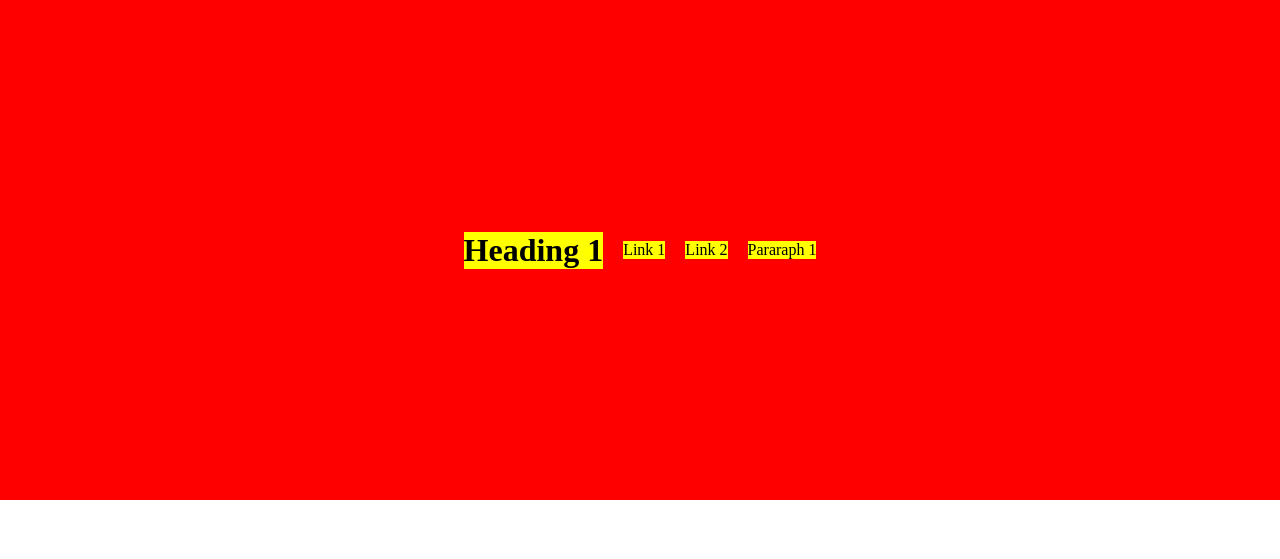
Repository: itz-mohanmadhav-18/Full-stack
Page: Html+css/day-3/flexbox.html
These files come from the project's save history. The page is drawn as it stood at one moment and after the next save; the edit follows.
The browser window is 1280 px wide. The pictures show the whole page.

Above is the page before, as saved 2024-06-14 12:40:23.

### Html+css/day-3/flexbox.html
<!DOCTYPE html>
<html lang="en">
  <head>
    <meta charset="UTF-8" />
    <meta name="viewport" content="width=device-width, initial-scale=1.0" />
    <link rel="stylesheet" href="./flexbox.css" />
    <title>Document</title>
  </head>
  <body>
    <div>
      <h1>Heading 1</h1>
      <a>Link 1</a>
      <a>Link 2</a>
      <p>Pararaph 1</p>
    </div>
  </body>
</html>

### Html+css/day-3/flexbox.css
*{
    padding: 0;
    margin: 0;
    background: white;
}
div{
    background: red;
    /* padding: 10px; */
    height: 500px;
    display: flex;
    flex-direction: row;
    align-items: center;
    justify-content: center;
}

div > * {
    background: yellow;
    margin: 10px;
}

After the next save:
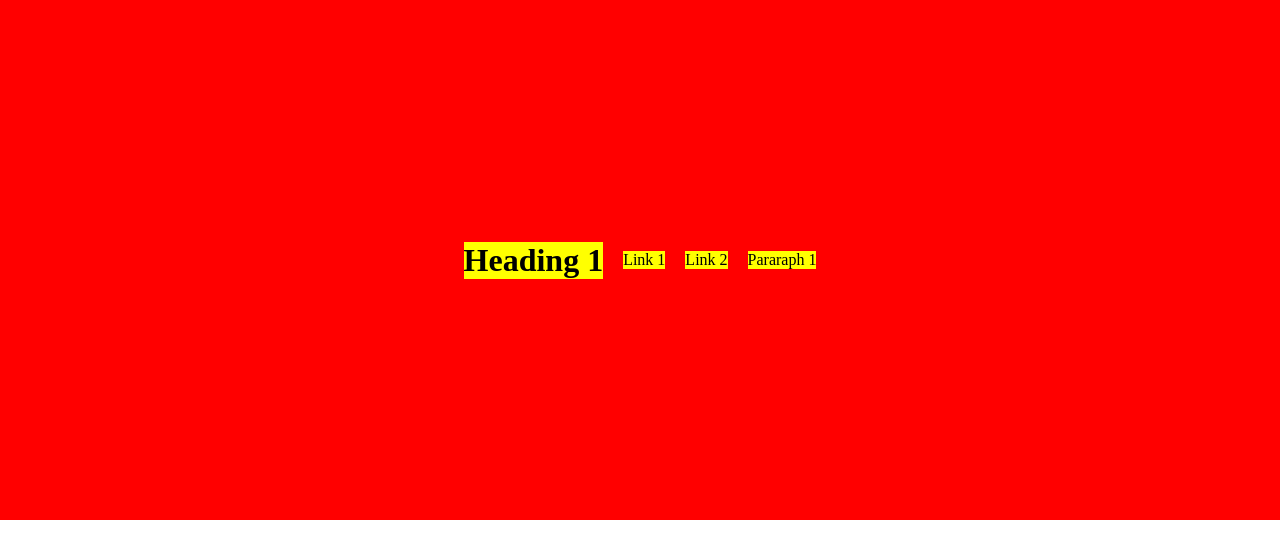
Saved 11 s later.
--- a/Html+css/day-3/flexbox.css
+++ b/Html+css/day-3/flexbox.css
@@ -5,7 +5,7 @@
 }
 div{
     background: red;
-    /* padding: 10px; */
+    padding: 10px;
     height: 500px;
     display: flex;
     flex-direction: row;
